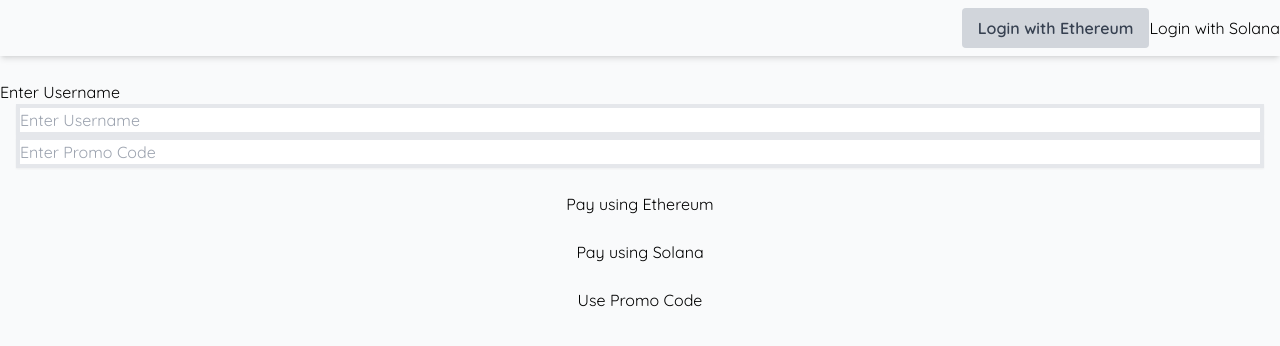
Repository: 22shivam/Polychain
Page: / (app in frontend/)
The author's editor kept a copy of each file at every save. The page is drawn from the files as they stood at one save, then again after a run of saves.
The browser window is 1280 px wide. The pictures show the whole page.
The page's requests for data from a server got no answer. The project was rebuilt for these pictures with package versions that can differ from the ones it lists, and the page was loaded fresh each time. The framework's server and built-in components were replaced by stand-ins that run in the browser. No one was signed in, and anything a server would have sent is missing. Also part of the build but not shown: frontend/next.config.js.

Above is the page before, as saved 2022-01-01 11:52:16.

After the next 2 saves:
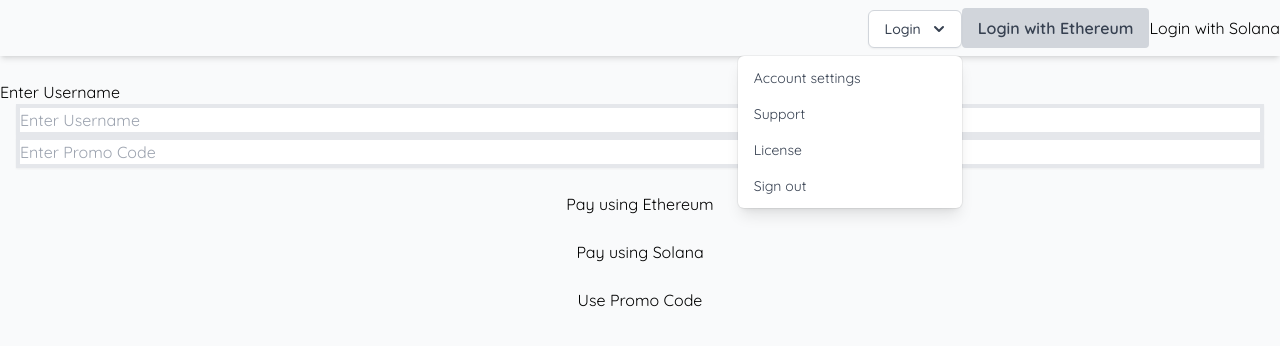
The 2 saves are shown as one change because 1 did not build or start.
The last was saved 3 min 36 s later.
--- a/frontend/pages/index.js
+++ b/frontend/pages/index.js
@@ -225,6 +225,28 @@ export default function App() {
                         </div>
                         : (
                             <div>
+                                <div class="relative inline-block text-left">
+                                    <div>
+                                        <button type="button" class="inline-flex justify-center w-full rounded-md border border-gray-300 shadow-sm px-4 py-2 bg-white text-sm font-medium text-gray-700 hover:bg-gray-50 focus:outline-none focus:ring-2 focus:ring-offset-2 focus:ring-offset-gray-100 focus:ring-indigo-500" id="menu-button" aria-expanded="true" aria-haspopup="true">
+                                            Login
+                                            <svg class="-mr-1 ml-2 h-5 w-5" xmlns="http://www.w3.org/2000/svg" viewBox="0 0 20 20" fill="currentColor" aria-hidden="true">
+                                                <path fill-rule="evenodd" d="M5.293 7.293a1 1 0 011.414 0L10 10.586l3.293-3.293a1 1 0 111.414 1.414l-4 4a1 1 0 01-1.414 0l-4-4a1 1 0 010-1.414z" clip-rule="evenodd" />
+                                            </svg>
+                                        </button>
+                                    </div>
+                                    <div class="origin-top-right absolute right-0 mt-2 w-56 rounded-md shadow-lg bg-white ring-1 ring-black ring-opacity-5 focus:outline-none" role="menu" aria-orientation="vertical" aria-labelledby="menu-button" tabindex="-1">
+                                        <div class="py-1" role="none">
+                                            <a href="#" class="text-gray-700 block px-4 py-2 text-sm" role="menuitem" tabindex="-1" id="menu-item-0">Account settings</a>
+                                            <a href="#" class="text-gray-700 block px-4 py-2 text-sm" role="menuitem" tabindex="-1" id="menu-item-1">Support</a>
+                                            <a href="#" class="text-gray-700 block px-4 py-2 text-sm" role="menuitem" tabindex="-1" id="menu-item-2">License</a>
+                                            <form method="POST" action="#" role="none">
+                                                <button type="submit" class="text-gray-700 block w-full text-left px-4 py-2 text-sm" role="menuitem" tabindex="-1" id="menu-item-3">
+                                                    Sign out
+                                                </button>
+                                            </form>
+                                        </div>
+                                    </div>
+                                </div>
                                 <button className="bg-gray-300 text-gray-700 font-semibold py-2 px-4 rounded inline-flex items-center" onClick={ethLogin}>Login with Ethereum</button>
                                 <button onClick={solLogin}>Login with Solana</button>
                             </div>
